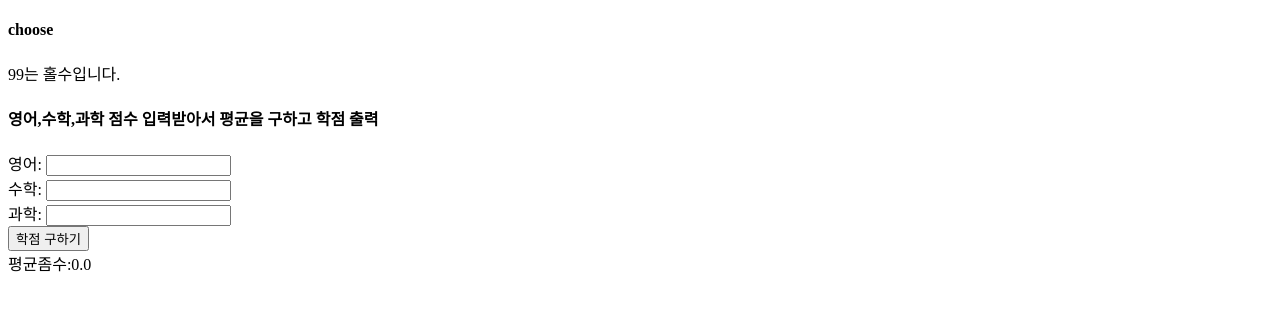
Repository: hyojinx/JspStudy
Page: http://localhost/jspstudy/11JSTL/Choose.jsp
These files come from the project's save history. The page is drawn as it stood at one moment and after the next save; the edit follows.
The browser window is 1280 px wide. The pictures show the whole page.
The page is served by Tomcat 9. Other server files are loaded and not shown.

Above is the page before, as saved 2023-04-10 03:09:20.

### jspstudy/src/main/webapp/11JSTL/Choose.jsp
<%@ page language="java" contentType="text/html; charset=UTF-8"
    pageEncoding="UTF-8"%>
<%@ taglib prefix="c" uri = "http://java.sun.com/jsp/jstl/core"%>
<!DOCTYPE html>
<html>
<head>
<meta charset="UTF-8">
<title>JSTLcore choose/when/otherwise</title>
</head>
<body>
	<c:set var="num" value="99"/>

	<h4>choose</h4>
	<c:choose>
		<c:when test="${num mod 2 eq 0}">
			${num}는 짝수입니다.
		</c:when>
		<c:otherwise>
			${num}는 홀수입니다.
		</c:otherwise>
	</c:choose>

	<h4>영어,수학,과학 점수 입력받아서 평균을 구하고 학점 출력</h4>
	<form>
		영어: <input type="text" name="eng"/><br>
		수학: <input type="text" name="math"/><br>
		과학: <input type="text" name="sci"/><br>
		<input type="submit" value="학점 구하기"/>
	</form>
	<!-- 90이상 수, 80이상 우, 70이상 미, 60이상 양, 나머지 가 -->
	<!-- 평균점수: ?? / 학점: ?? -->

	<c:set var="avg" value="${(param.eng+param.math+param.sci)/3}"/>
	평균좀수:${avg }



</body>
</html>

After the next save:
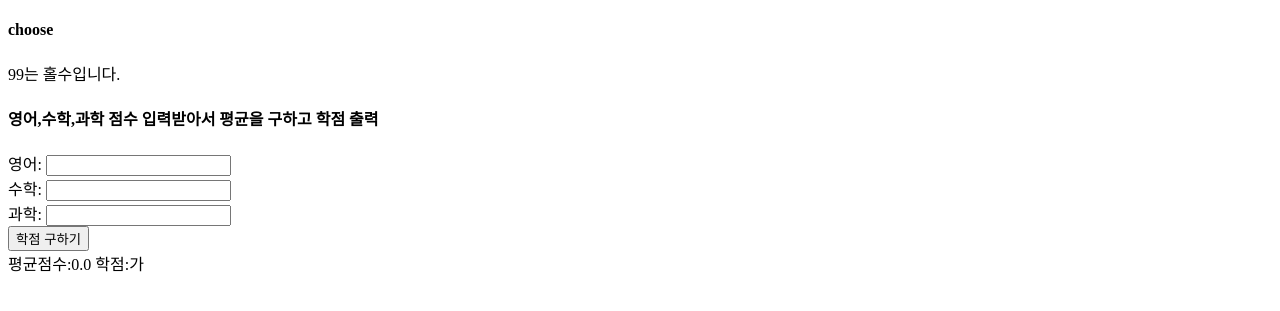
Saved 2 min 5 s later.
--- a/jspstudy/src/main/webapp/11JSTL/Choose.jsp
+++ b/jspstudy/src/main/webapp/11JSTL/Choose.jsp
@@ -31,7 +31,24 @@
 	<!-- 평균점수: ?? / 학점: ?? -->
 
 	<c:set var="avg" value="${(param.eng+param.math+param.sci)/3}"/>
-	평균좀수:${avg }
+	평균점수:${avg }
+	<c:choose>
+		<c:when test="${avg ge 90 }">
+			학점:수
+		</c:when>
+		<c:when test="${avg ge 80 }">
+			학점:우
+		</c:when>
+		<c:when test="${avg ge 70 }">
+			학점:미
+		</c:when>
+		<c:when test="${avg ge 60 }">
+			학점:양
+		</c:when>
+		<c:otherwise>
+			학점:가
+		</c:otherwise>
+	</c:choose>
 
 
 
